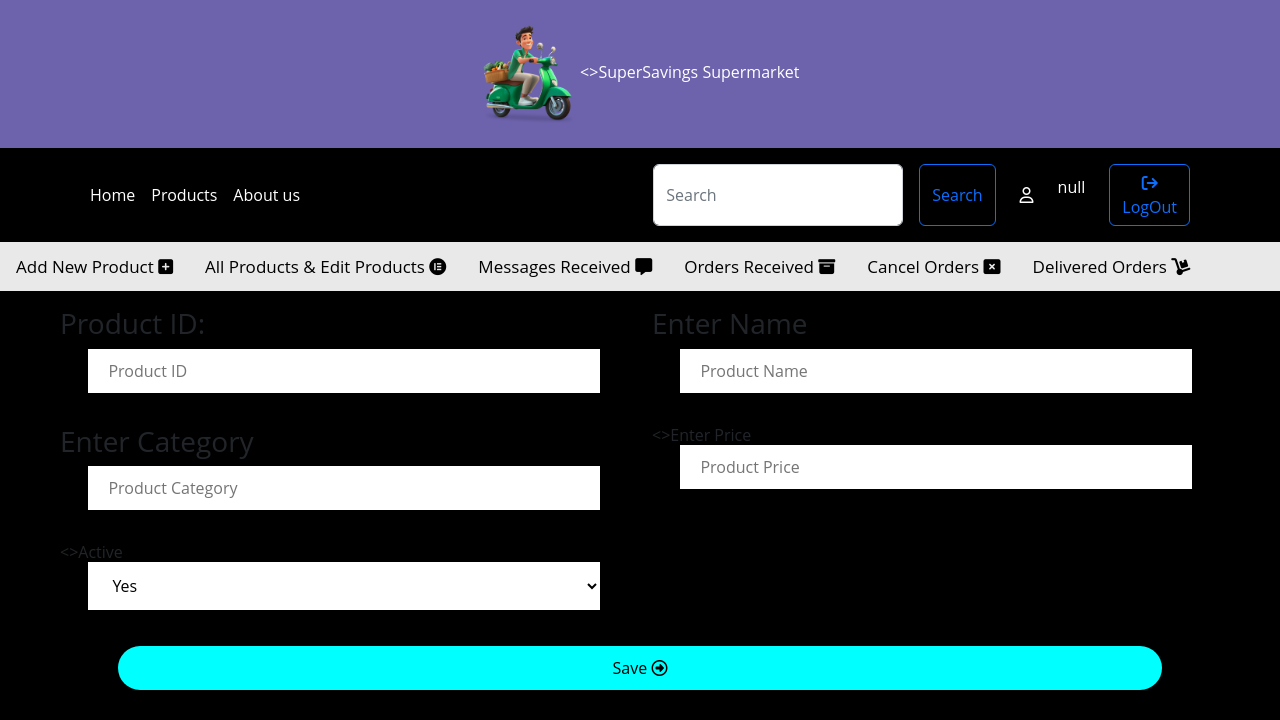
Repository: Raviraj39/SuperSaving-Online-Supermarket-Website
Page: http://localhost/Super_market/AddNewProduct.jsp
These files come from the project's save history. The page is drawn as it stood at one moment and after the next save; the edit follows.
The browser window is 1280 px wide. The pictures show the whole page.
The page is served by Tomcat 9.

Above is the page before, as saved 2023-12-28 18:27:42.

After the next save:
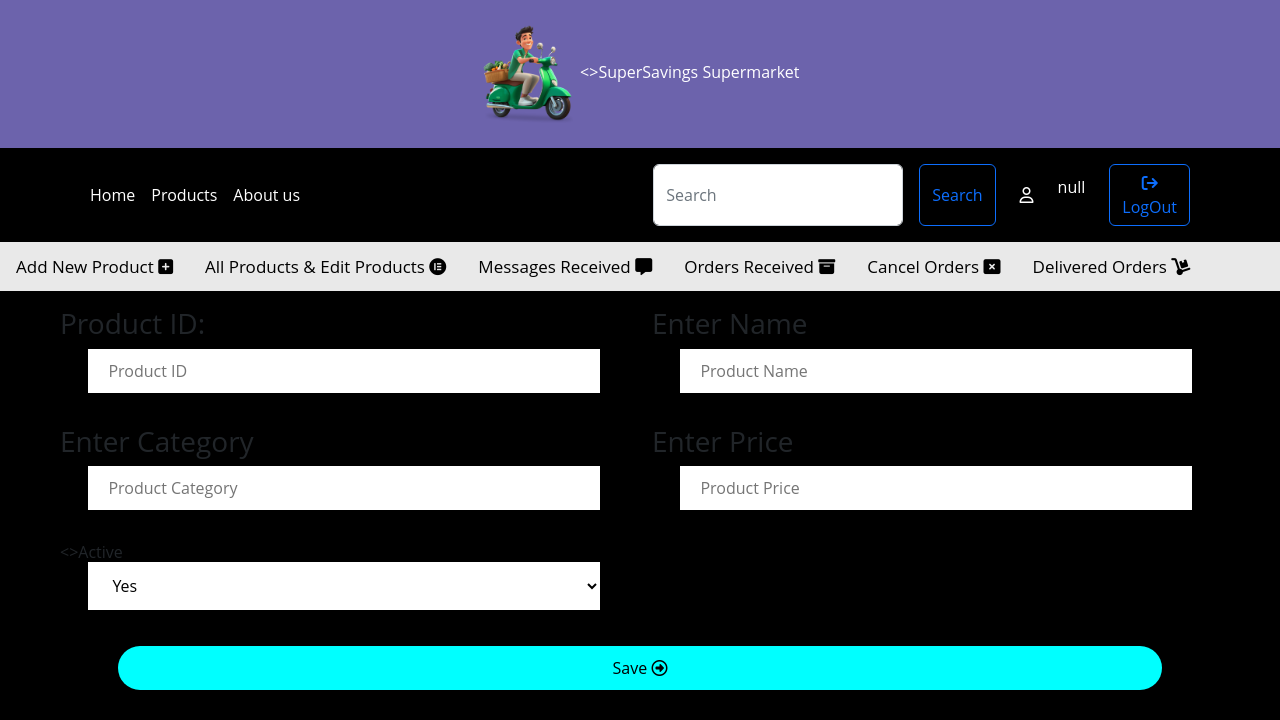
Saved 6 s later.
--- a/Super_market/src/main/webapp/AddNewProduct.jsp
+++ b/Super_market/src/main/webapp/AddNewProduct.jsp
@@ -61,7 +61,7 @@ if("done".equals(msg)){
 		</div>
 
 		<div class="col-12 col-md-6 my-3">
-		<>Enter Price</>
+		<h3>Enter Price</h3>
 		<input type="text" class="input-style" name="input4" placeholder="Product Price">
 		</div>
 
